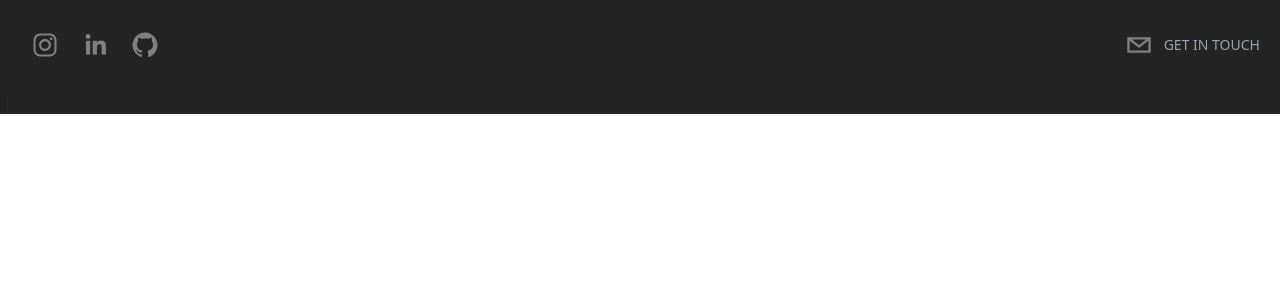
Repository: husainmamuwala/portfolio2.0
Page: /
An editor plug-in stored every save of this project. The page is shown before and after a run of saves, followed by the edit.
The browser window is 1280 px wide. The pictures show the whole page.
The project was rebuilt for these pictures with package versions that can differ from the ones it lists, and the page was loaded fresh each time. The framework's server and built-in components were replaced by stand-ins that run in the browser. Also part of the build but not shown: next.config.js.

Above is the page before, as saved 2022-09-17 18:20:21.

After the next 2 saves:
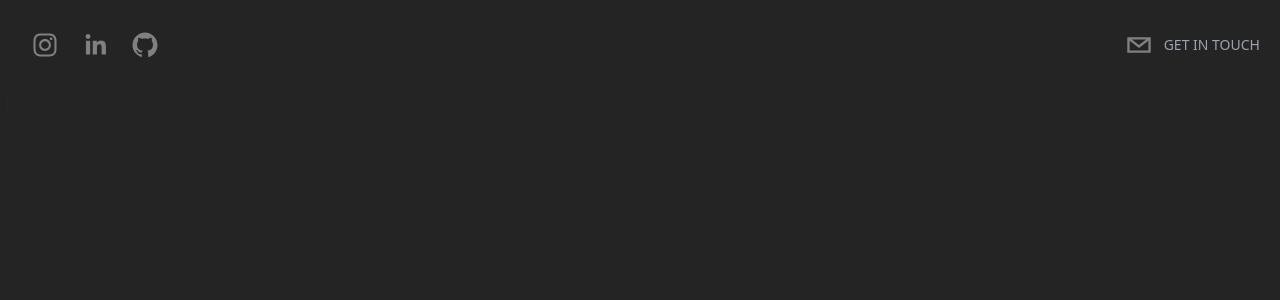
The 2 saves are shown as one change because they came seconds apart.
The last was saved 13 s later.
--- a/pages/index.tsx
+++ b/pages/index.tsx
@@ -7,7 +7,7 @@ import styles from '../styles/Home.module.css'
 
 const Home: NextPage = () => {
   return (
-    <div className='bg-[rgb(36,36,36)] text-white'>
+    <div className='bg-[rgb(36,36,36)] text-white h-screen'>
       <Header/>
       <section id='hero'>
       <Hero/>
